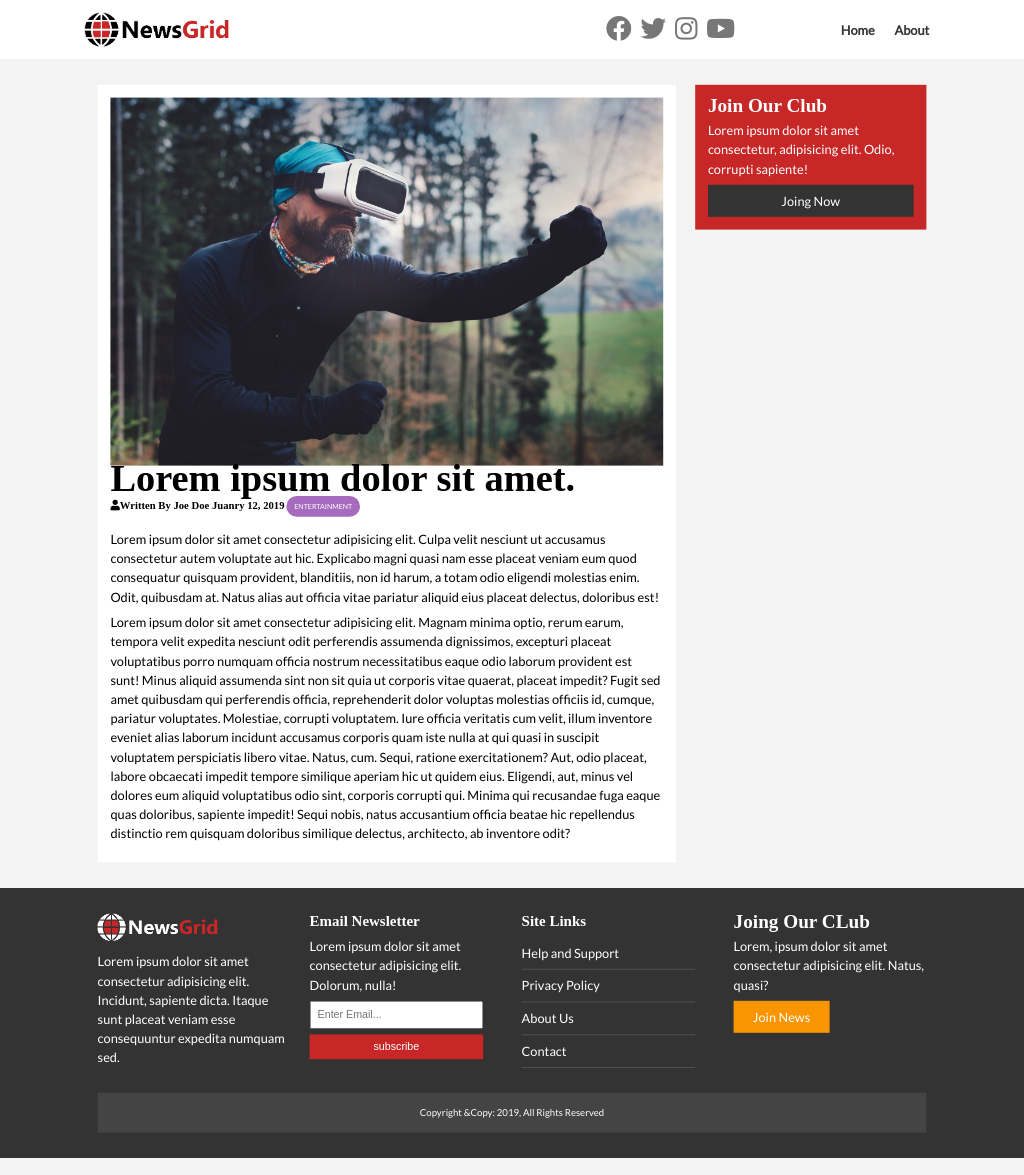
Repository: EswinGiova/NewsGrid
Page: article.html
The author's editor kept a copy of each file at every save. The page is drawn from the files as they stood at one save, then again after the next save.
The browser window is 1280 px wide. The pictures show the whole page, at 80% of full size.
Some web libraries are served in a nearby version.

Above is the page before, as saved 2020-09-20 19:33:14.

After the next save:
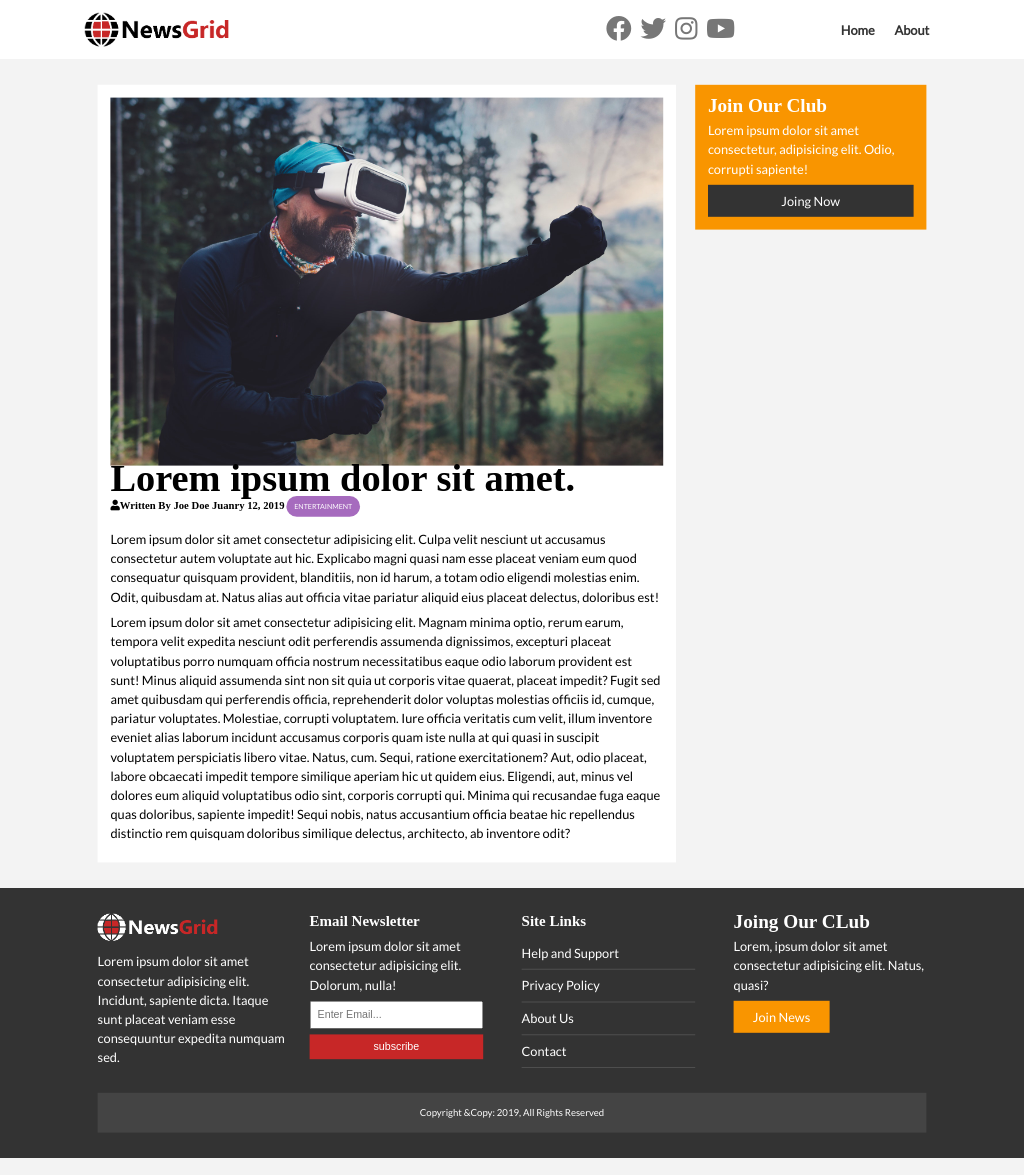
Saved 38 s later.
--- a/article.html
+++ b/article.html
@@ -84,7 +84,7 @@
             </p>
           </article>
 
-          <aside class="card bg-primary">
+          <aside class="card bg-secondary">
             <h2>Join Our Club</h2>
             <p>
               Lorem ipsum dolor sit amet consectetur, adipisicing elit. Odio,
